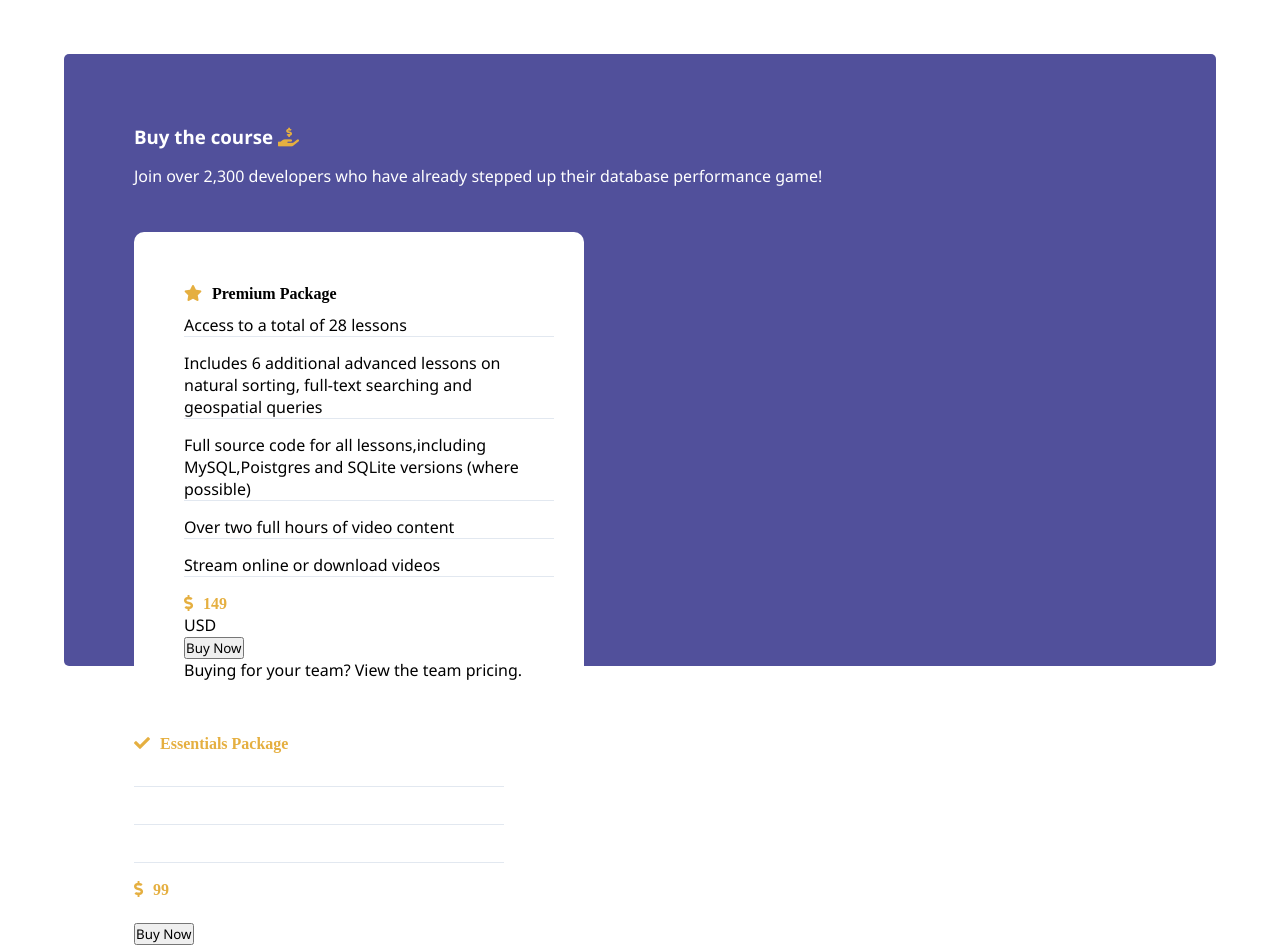
Repository: Z-ayat/Challenges
Page: Challenge 4/index.html
An editor plug-in stored every save of this project. The page is shown before and after the next save, followed by the edit.
The browser window is 1280 px wide. The pictures show the whole page.

Above is the page before, as saved 2021-09-07 01:26:36.

After the next save:
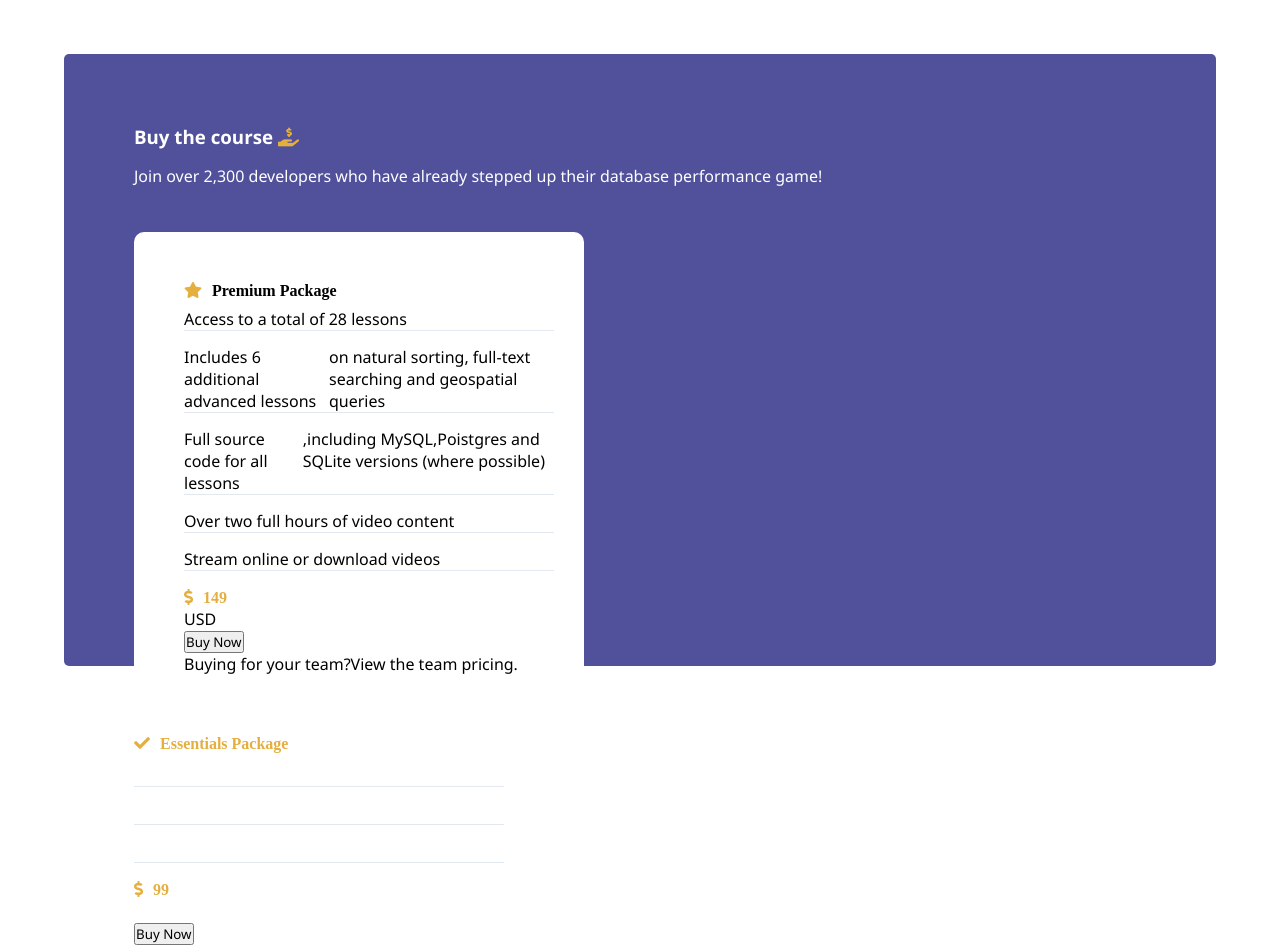
Saved 14 s later.
--- a/Challenge 4/styling/css/master.css
+++ b/Challenge 4/styling/css/master.css
@@ -77,7 +77,7 @@ body {
 
 .prem-pack p {
     color: black;
-    position: relative;
+    display: flex;
 }
 
 .specs {
